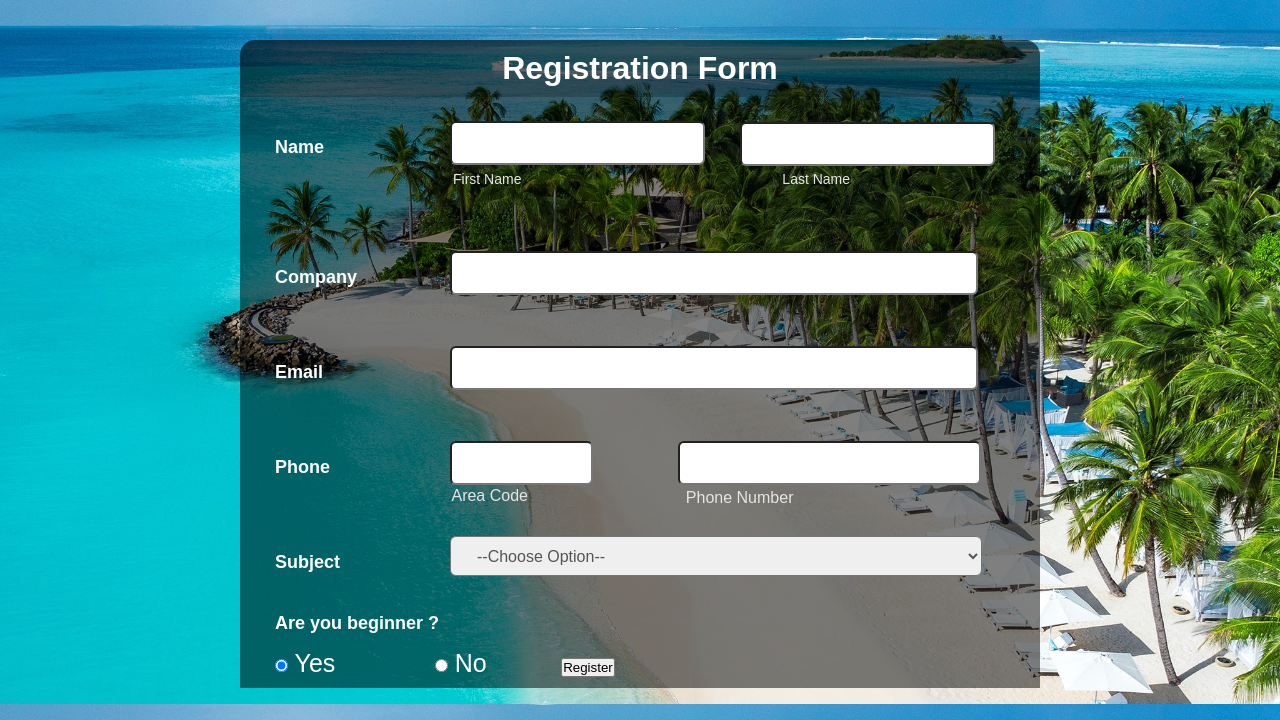
Repository: sudeepa88/Registration-Form
Page: registration.html
The author's editor kept a copy of each file at every save. The page is drawn from the files as they stood at one save, then again after the next save.
The browser window is 1280 px wide. The pictures show the whole page.

Above is the page before, as saved 2022-01-11 23:53:13.

### registration.html
<!DOCTYPE html>
<html lang="en">
<head>
    <meta charset="UTF-8">
    <meta http-equiv="X-UA-Compatible" content="IE=edge">
    <meta name="viewport" content="width=device-width, initial-scale=1.0">
    <title>Document</title>
    <style type="text/css">
        *{
            margin:0;
            padding:0;
        }
       body{
           background-image: url(img/beach.jpeg);
           background-position: center;
           background-size: cover;
           font-family: sans-serif;
           margin-top: 40px;
       }
       .regform{
           width: 800px;
           background-color: rgb(0,0,0,0.6);
           margin:auto;
           color: #FFFFFF;
           padding: 10px 0px 10px 0px;
           text-align:  center;
           border-radius: 15px 15px 0px 0px;

       }
    .main{
        background-color: rgb(0,0,0,0.5);
        width:800px;
        margin: auto;

    }
    form{
        padding:10px;

    }
   #name{
       width: 100%;
       height: 100px;
   }
   .name{
       margin-left: 25px;
       margin-top: 30px;
       width: 125px;
       color: #FFFFFF;
       font-size: 18px;
       font-weight: 700;
   }
   .firstname{
       position: relative;
       left:200px;
       top:-37px;
       line-height: 40px;
       border-radius: 6px;
       padding: 0 22px;
       font-size: 16px;
   }
   .lastname{
       position:relative;
       left:417px;
       top:-80px;
       line-height: 40px;
       border-radius: 6px;
       padding:0 22px;
       font-size:16px;
       color:#555;
   }
   .firstlabel{
       position: relative;
       color: #E5E5E5;
       text-transform: capitalize;
       font-size: 14px;
       left:203px;
       top: -45px;
   }
   .lastlabel{
    position: relative;
       color: #E5E5E5;
       text-transform: capitalize;
       font-size: 14px;
       left:200px;
       top: -45px;
   }
   .company{
       position: relative;
       left: 200px;
       top:-37px;
       line-height: 40px;
       width: 480px;
       border-radius: 6px;
       padding: 0 22px;
       font-size: 16px;
       color:#555;
   }
   .email{
    position: relative;
       left: 200px;
       top:-37px;
       line-height: 40px;
       width: 480px;
       border-radius: 6px;
       padding: 0 22px;
       font-size: 16px;
       color:#555;

   }
   .code{
    position: relative;
       left: 200px;
       top:-37px;
       line-height: 40px;
       width: 95px;
       border-radius: 6px;
       padding: 0 22px;
       font-size: 16px;
       color:#555;

   }
   .number{
    position: relative;
       left: 200px;
       top:-37px;
       line-height: 40px;
       width: 255px;
       border-radius: 6px;
       padding: 0 22px;
       font-size: 16px;
       color:#555;
   }
   .area-code{
       position: relative;
       color: #E5E5E5;
       text-transform: capitalize;
       font-size: 16px;
       left:54px;
       top:-4px;
   }
   .phone-number{
    position: relative;
       color: #E5E5E5;
       text-transform: capitalize;
       font-size: 16px;
       left:-100px;
       top:-2px;
   }
   .option{
    position: relative;
       left: 200px;
       top:-37px;
       line-height: 40px;
       width: 532px;
       height: 40px;
       border-radius: 6px;
       padding: 0 22px;
       font-size: 16px;
       color:#555;
       outline: none;
       overflow: hidden;
   }
   .option option{
       font-size: 20px;
   }
   #student{
       margin-left:25px;
       color:white;
       font-size: 18px;
   }
   .radio{
       display: inline-block;
       padding-right: 70px;
       font-size: 25px;
       margin-left: 25px;
       margin-top: 15px;
       color: white;
   }
    </style>
</head>
<body>
    <div class="regform"><h1>Registration Form </h1></div>

    <div class="main">
        <form>
             <div id="name">
                 <h2 class="name">Name</h2>
                 <input class ="firstname" type="rext" name="first_name"><br>
                 <label class="firstlabel">first name</label>
                 <input class="lastname" type="text" name="last_name">
                 <label class="lastlabel">last name</label>


             </div>
             <h2 class="name">Company</h2>
             <input class="company" type="text" name="company">

             <h2 class="name">Email</h2>
             <input class="email" type="text" name="email">

             <h2 class="name">Phone</h2>
             <input class="code" type="text" name="area_code">
             <label class="area-code">Area Code </label>
             <input class="number" type="text" name="phone">
             <label class="phone-number">Phone Number</label>

             <h2 class="name">Subject</h2>
             <select class="option" name="subject">
                 <option disabled="disabled" selected="selected">--Choose Option--</option>

                 <option>Subject 1</option>
                 <option>Subject 2</option>
                 <option>Subject 3</option>
                 <option>Subject 4</option>
             </select>
             <h2 id="student">Are you beginner ? </h2>
             <label class="radio">
                 <input class="radio-one" type="radio" checked="checked" name="">
                 <span class="checkmark"></span>
                 Yes
             </label>


             <label class="radio">
                <input class="radio-two" type="radio"  name="">
                <span class="checkmark"></span>
                No
            </label>

            <button type="submit">Register</button>
        </form>
    </div>
</body>
</html>

After the next save:
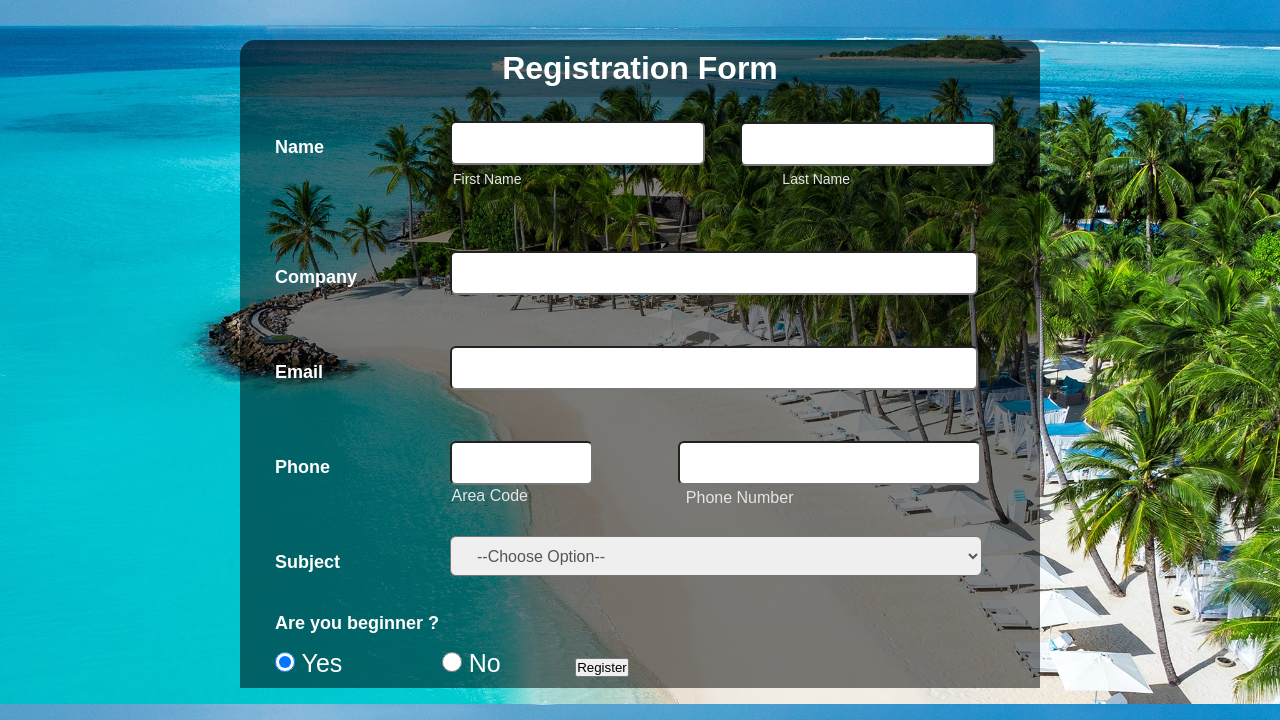
Saved 2 min 39 s later.
--- a/registration.html
+++ b/registration.html
@@ -176,6 +176,16 @@
        margin-top: 15px;
        color: white;
    }
+   .radio input{
+       width: 20px;
+       height: 20px;
+       border-radius: 50%;
+       cursor: pointer;
+       outline: none;
+   }
+   button{
+
+   }
     </style>
 </head>
 <body>
